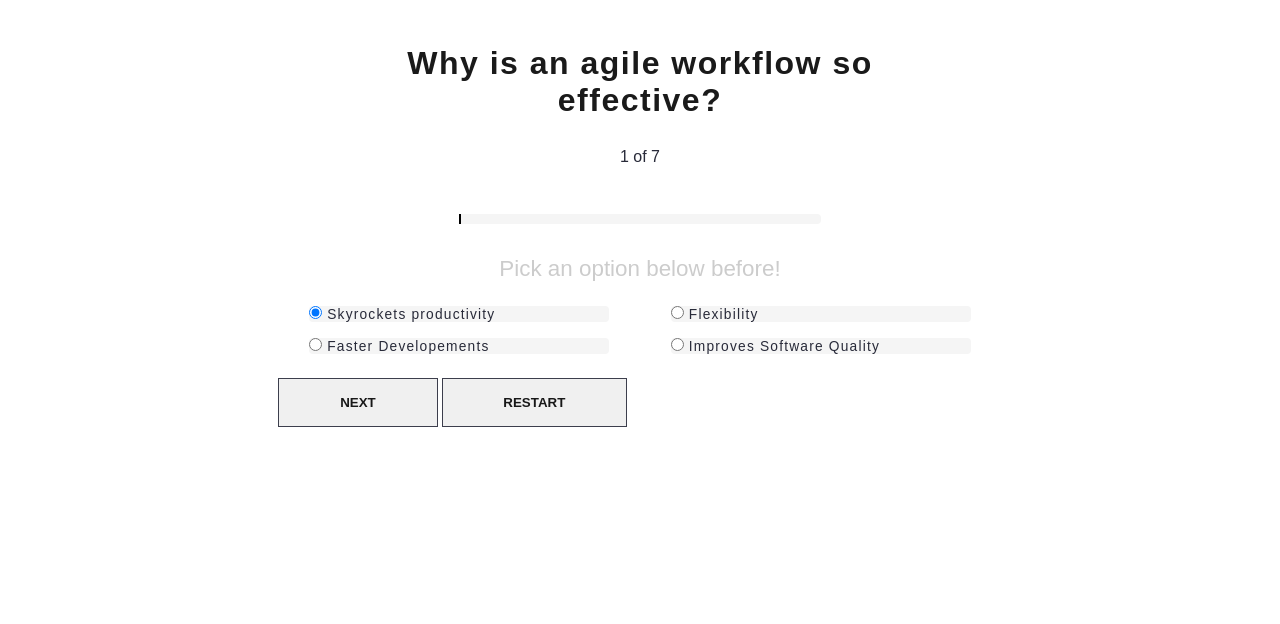
Repository: mukiSabljakovic/Quiz-APP
Page: index.html
These files come from the project's save history. The page is drawn as it stood at one moment and after the next save; the edit follows.
The browser window is 1280 px wide. The pictures show the whole page.
Some web fonts or font styles are not loaded; a fallback is used.

Above is the page before, as saved 2020-05-01 12:06:51.

After the next save:
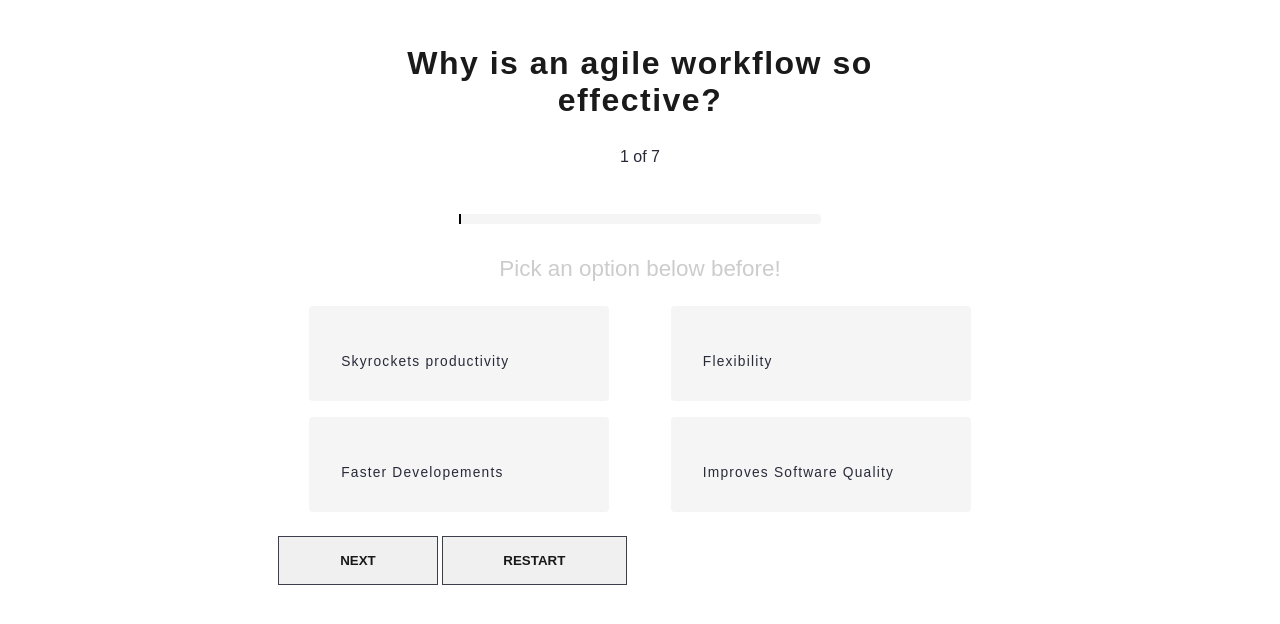
Saved 77 s later.
--- a/css/style.css
+++ b/css/style.css
@@ -110,3 +110,13 @@
     letter-spacing: 1.2px;
     font-size: .86rem;
 }
+
+.jabquiz__label {
+    padding: 2rem 2rem;
+    display: flex;
+    align-items: center;
+}
+
+.jabquiz__choices input {
+    opacity: 0;
+}
